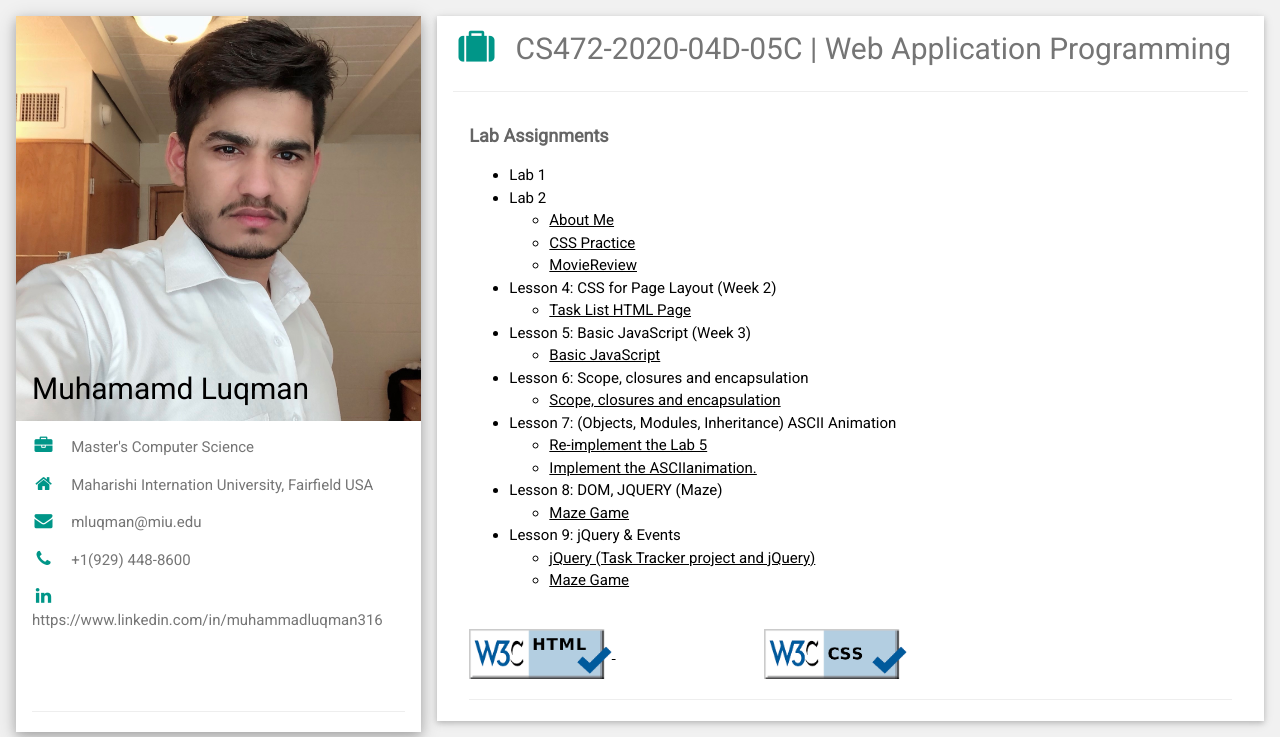
Repository: luqmang316/luqmang316.github.io
Page: index.html
An editor plug-in stored every save of this project. The page is shown before and after the next save, followed by the edit.
The browser window is 1280 px wide. The pictures show the whole page.

Above is the page before, as saved 2021-08-08 13:31:15.

After the next save:
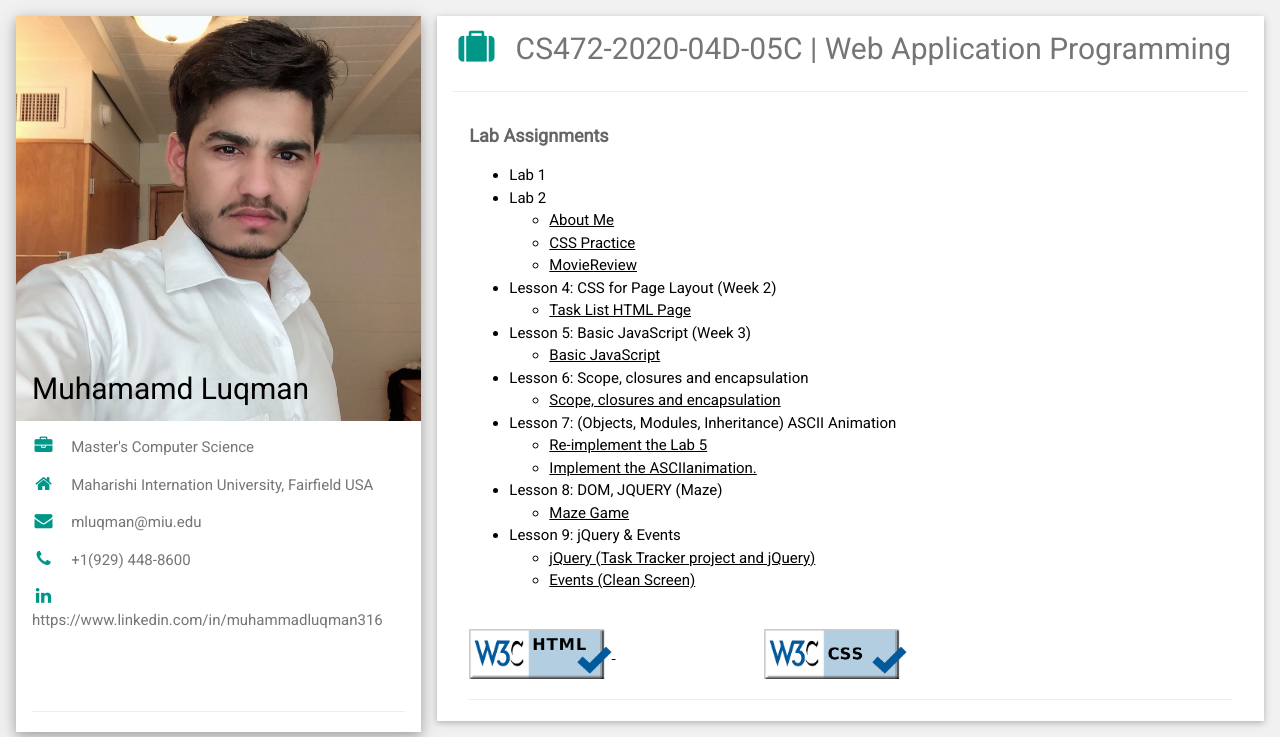
Saved 19 s later.
--- a/index.html
+++ b/index.html
@@ -109,7 +109,7 @@
                             <li>Lesson 9: jQuery & Events
                                 <ul class="inside">
                                     <li> <a href="MazeGame/Maze.html">jQuery (Task Tracker project and jQuery) 	</a></li>
-                                    <li> <a href="MazeGame/Maze.html">Maze Game</a></li>
+                                    <li> <a href="MazeGame/Maze.html">Events (Clean Screen)</a></li>
                                 </ul>
 
                             </li>
